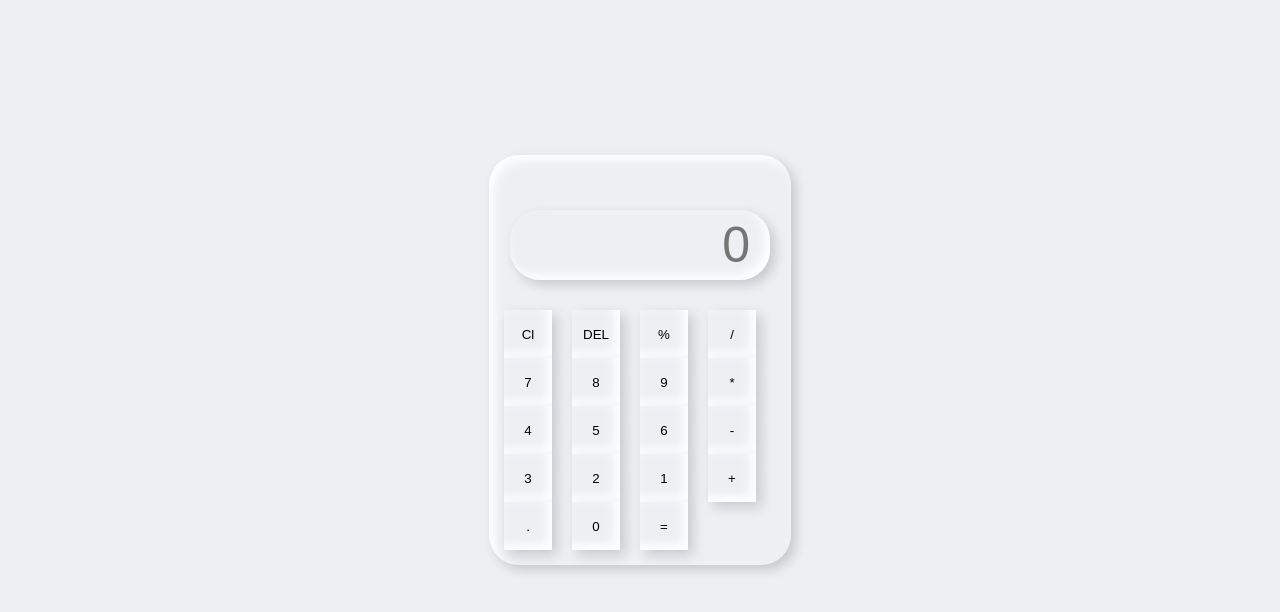
Repository: Mayur2905/OIBSIP
Page: Task-3/index.html
These files come from the project's save history. The page is drawn as it stood at one moment and after the next save; the edit follows.
The browser window is 1280 px wide. The pictures show the whole page.

Above is the page before, as saved 2022-02-02 13:54:47.

### Task-3/index.html
<!DOCTYPE html>
<html lang="en">
<head>
    <meta charset="UTF-8">
    <meta http-equiv="X-UA-Compatible" content="IE=edge">
    <meta name="viewport" content="width=device-width, initial-scale=1.0">
    <title>Clauculator</title>
    <link rel="stylesheet" href="style.css">
</head>
<body>
    <div class="container">
        <div class="calculator">
            <input type="text" placeholder="0">
            <button onclick="Clear()">Cl</button>
            <button onclick="del()">DEL</button>
            <button onclick="dispaly('%')">%</button>
            <button onclick="dispaly('%')">/</button>
            <button onclick="dispaly('7')">7</button>
            <button onclick="dispaly('8')">8</button>
            <button onclick="dispaly('9')">9</button>
            <button onclick="dispaly('*')">*</button>
            <button onclick="dispaly('4')">4</button>
            <button onclick="dispaly('5')">5</button>
            <button onclick="dispaly('6')">6</button>
            <button onclick="dispaly('-')">-</button>
            <button onclick="dispaly('3')">3</button>
            <button onclick="dispaly('2')">2</button>
            <button onclick="dispaly('1')">1</button>
            <button onclick="dispaly('+')">+</button>
            <button onclick="dispaly('.')">.</button>
            <button onclick="dispaly('0')">0</button>
            <button onclick="Calculate()">=</button>
        </div>

    </div>
</body>
</html>

### Task-3/style.css
* {
  margin: 0;
  padding: 0;
  box-sizing: border-box;
  background-color: #ecf0f3;
  font-family: sans-serif;
  outline: none;
}
.container {
  height: 100vh;
  display: flex;
  justify-content: center;
  align-items: center;
}
.calculator {
  background-color: #ecf0f3;
  padding: 15px;
  border-radius: 30px;
  box-shadow: inset 5px 5px 12px #ffffff, 5px 5px 12px rgba(0, 0, 0, 0.16);
  display: grid;
  grid-template-columns: repeat(4, 68px);
}
input {
  grid-column: span 4;
  height: 70px;
  width: 260px;
  background-color: #ecf0f3;
  box-shadow: inset -5px -5px 12px #ffffff, 5px 5px 12px rgba(0, 0, 0, 0.16);
  border: none;
  border-radius: 30px;
  color: rgb(70, 70, 70);
  font-size: 50px;
  text-align: end;
  margin: auto;
  margin-top: 40px;
  margin-bottom: 30px;
  padding: 20px;
}

button {
  height: 48px;
  width: 48px;
  background-color: #ecf0f3;
  box-shadow: inset -5px -5px 12px #ffffff, 5px 5px 12px rgba(0, 0, 0, 0.16);
  border: none;
}

After the next save:
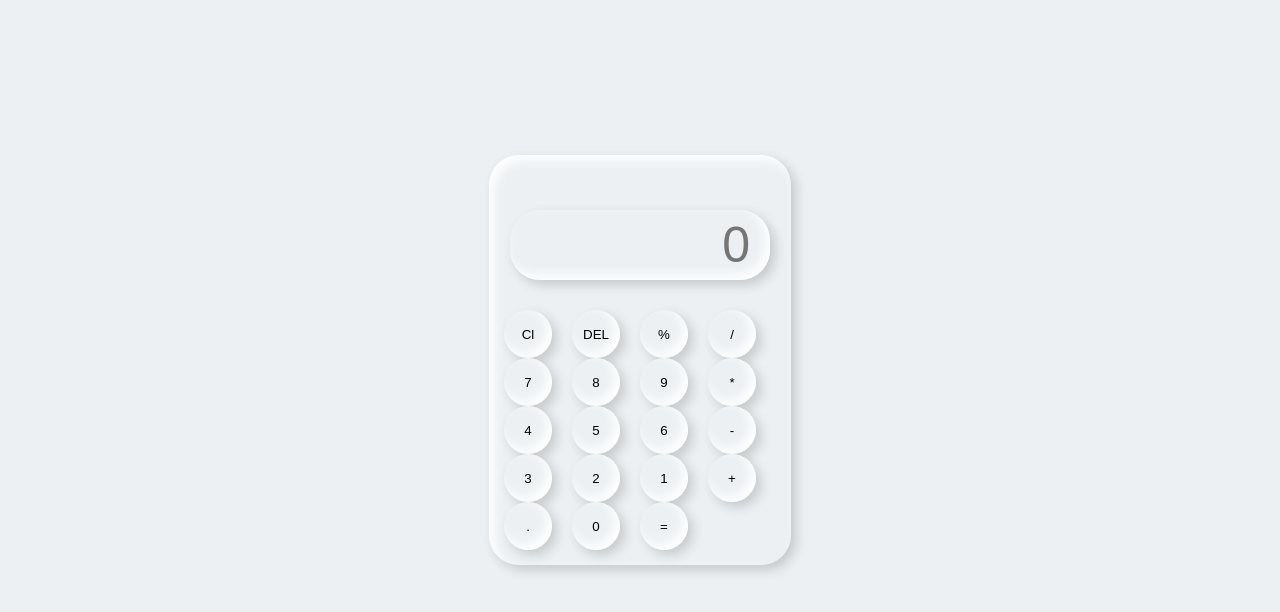
Saved 17 s later.
--- a/Task-3/style.css
+++ b/Task-3/style.css
@@ -43,4 +43,5 @@ button {
   background-color: #ecf0f3;
   box-shadow: inset -5px -5px 12px #ffffff, 5px 5px 12px rgba(0, 0, 0, 0.16);
   border: none;
+  border-radius: 30px;
 }
